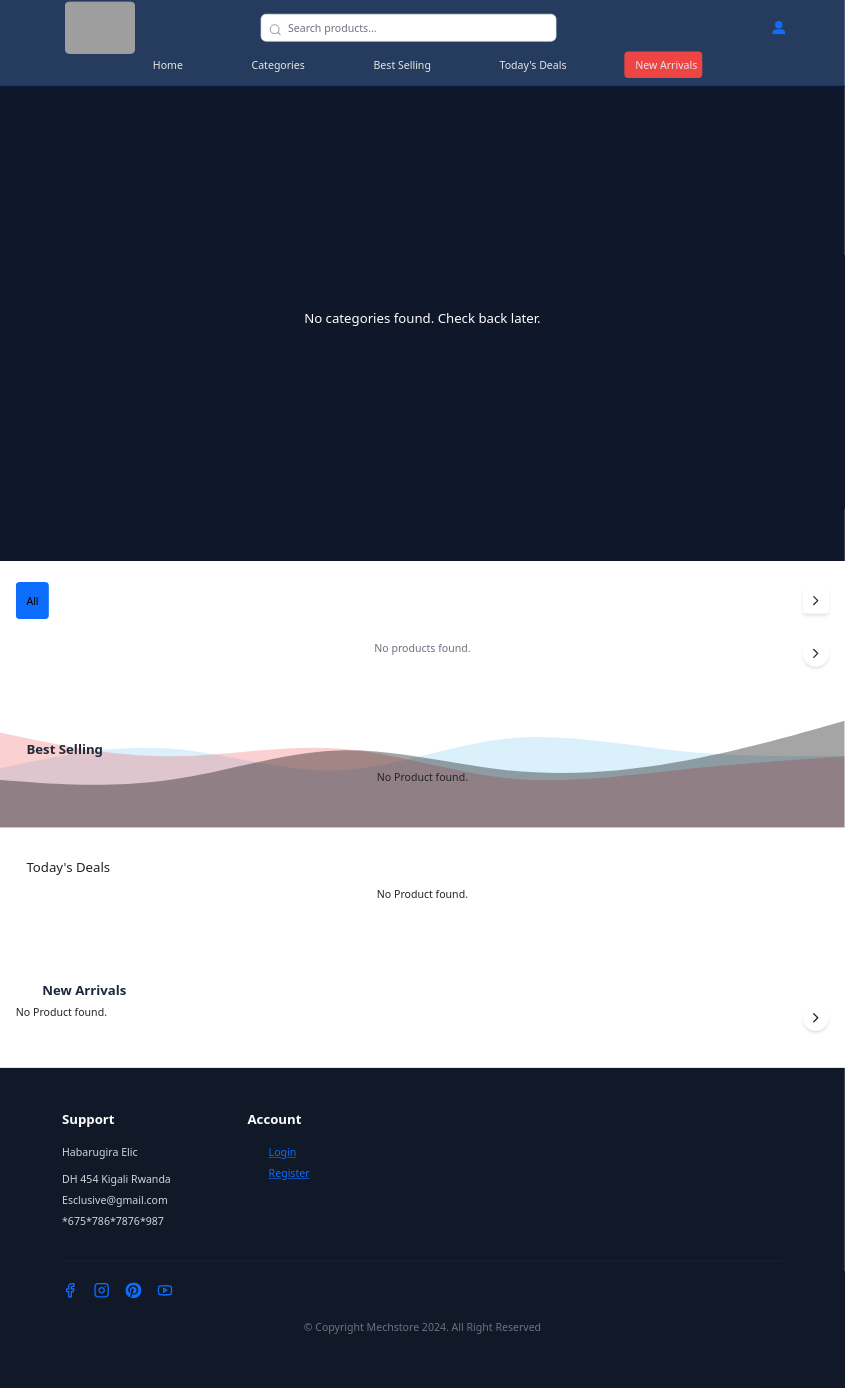
Repository: magicdeveloper250/future
Page: / (app in frontend/)
These files come from the project's save history. The page is drawn as it stood at one moment and after the next save; the edit follows.
The browser window is 1280 px wide. The pictures show the whole page, at 66% of full size.
Pictures or frames that could not be fetched are drawn as grey boxes. The page's requests for data from a server got no answer. The project was rebuilt for these pictures with package versions that can differ from the ones it lists, and the page was loaded fresh each time. No one was signed in, and anything a server would have sent is missing. Also part of the build but not shown: frontend/vite.config.js, frontend/src/hooks/useUser.js, frontend/src/components/Sidebar.jsx, frontend/src/components/Header.jsx, frontend/src/pages/DashboardPage.jsx, frontend/src/pages/ProductPage.jsx, frontend/src/components/ProductT.jsx, frontend/src/components/Card.jsx and 18 more.

Above is the page before, as saved 2025-03-26 16:21:05.

### frontend/src/index.css
@import url('https://fonts.googleapis.com/css2?family=Lexend:wght@100..900&display=swap');

@tailwind base;
@tailwind components;
@tailwind utilities;
@layer utilities {
    .no-scrollbar::-webkit-scrollbar {
      display: none;
    }
    .no-scrollbar {
      -ms-overflow-style: none;
      scrollbar-width: none;
    }
  }

.index-nav-container{
    display: flex;
    flex-direction: column;
}
.navbar-brand{
    width: 100px;
    height: 50px;
}
.main-container{
display: flex;
flex-direction: column;
margin-top: 130px;
}
.hero{
    display: flex;
    justify-content: space-between;
}
#categories{
    display: flex;
    justify-content: center;
    align-items: center;

}

.orders-container {
    width: 100%;
    display: grid;
    grid-template-columns: repeat(auto-fit, minmax(250px, 1fr));
    place-items: center;
    gap: 1em;
}
.arrivals-container {
    width: 100%;
    display:  flex;
    justify-content: center;
    flex-wrap: wrap;
    align-items: center;

    gap: 1em;
}

@media (max-width: 768px) {
    .main-container {
      display: flex;
      flex-direction: column;
      margin-top: 80px;
    }
  }

### frontend/src/pages/HomePage.jsx
import Sidebar from "../components/Sidebar"
import Card from "../components/Card"
import { BsBag, BsTruck, BsCart4 } from "react-icons/bs";
import FantasticHomeNavbar from "../components/FantasticHomeNavbar/FantasticHomeNavbar"
import Categories from "../components/Categories/Categories"
import NewArrivals from "../components/NewArrivals/NewArrivals"
import HeroCarousel from "../components/HeroCarousel/HeroCarousel";
import Footer from "../components/Footer";
import BestSelling from "../components/BestSelling";
import TodayDeals from "../components/TodayDeals";
function HomePage() {
  return  <>
          <section id="header">
              <FantasticHomeNavbar/>
          </section>

          <div className="main-container">
              <div id="hero" className="flex justify-between">

                   <HeroCarousel/>
              </div>
              <section id="categories">
              <Categories/>
              </section>

              <section id="best-selling">
                <BestSelling/>
              </section>

              <section id="today-deals">
                <TodayDeals/>
              </section>
              <section id="new-arrivals">
                <NewArrivals/>

              </section>
              <section id="footer">
                <Footer/>
              </section>
          </div>




  </>
}

export default HomePage

### frontend/src/contexts/ErrorContext.jsx
import { createContext, useState } from "react";
const ErrorContext = createContext(null);
export const ErrorContextProvider = ({ children }) => {
  const [error, setError] = useState();
  return (
    <ErrorContext.Provider value={{ error, setError }}>
      {children}
    </ErrorContext.Provider>
  );
};

export default ErrorContext;

### frontend/src/contexts/ToastContext.jsx
import { Children, createContext, useState } from "react";

const ToastContext = createContext(null);

export const ToastProvider = ({ children }) => {
  const [toastMessage, setToastMessage] = useState();
  return (
    <ToastContext.Provider value={{ toastMessage, setToastMessage }}>
      {children}
    </ToastContext.Provider>
  );
};

export default ToastContext;

### frontend/src/components/Toast.jsx
import { useEffect, useState } from "react";
import useToast from "../hooks/useToast";

const ToastContainer = ({ position = "bottom-end", className, children }) => {
  const positionClasses = {
    "top-start": "top-0 left-0",
    "top-center": "top-0 left-1/2 -translate-x-1/2",
    "top-end": "top-0 right-0",
    "middle-start": "top-1/2 left-0 -translate-y-1/2",
    "middle-center": "top-1/2 left-1/2 -translate-x-1/2 -translate-y-1/2",
    "middle-end": "top-1/2 right-0 -translate-y-1/2",
    "bottom-start": "bottom-0 left-0",
    "bottom-center": "bottom-0 left-1/2 -translate-x-1/2",
    "bottom-end": "bottom-0 right-0",
  };

  return (
    <div className={`fixed p-3 z-50 ${positionClasses[position]} ${className}`}>
      {children}
    </div>
  );
};

const Toast = ({ onClose, show, delay, autohide, bg, children }) => {
  const bgColors = {
    success: "bg-green-500 text-white",
    danger: "bg-red-500 text-white",
    warning: "bg-yellow-500 text-black",
    info: "bg-blue-500 text-white",
    primary: "bg-blue-600 text-white",
    secondary: "bg-gray-600 text-white",
    light: "bg-gray-100 text-black",
    dark: "bg-gray-800 text-white",
  };

  useEffect(() => {
    if (show && autohide) {
      const timer = setTimeout(() => {
        onClose();
      }, delay);
      return () => clearTimeout(timer);
    }
  }, [show, autohide, delay, onClose]);

  if (!show) return null;

  return (
    <div
      className={`
        rounded shadow-lg min-w-[200px] max-w-[350px]
        transition-opacity duration-300 ease-in-out
        ${bgColors[bg] || bgColors.light}
      `}
    >
      <div className="relative">
        <button
          onClick={onClose}
          className="absolute right-2 top-2 text-current opacity-70 hover:opacity-100"
        >
          ×
        </button>
        <div className="p-3">
          {children}
        </div>
      </div>
    </div>
  );
};

function MyToast() {
  const { toastMessage } = useToast();
  const [show, setShow] = useState(false);

  useEffect(() => {
    setShow(true);
  }, [toastMessage]);

  return (
    toastMessage && (
      <ToastContainer position="bottom-end" className="p-3">
        <Toast
          onClose={() => setShow(false)}
          show={show}
          delay={3000}
          autohide
          bg={toastMessage.variant.toLowerCase()}
        >
          <div>{toastMessage.message}</div>
        </Toast>
      </ToastContainer>
    )
  );
}

export default MyToast;

### frontend/src/contexts/userSessionContext.jsx
import { createContext, useState } from "react";

const userSessionContext = createContext({});
export const AuthProvider = ({ children }) => {
  const [auth, setAuth] = useState();
  return (
    <userSessionContext.Provider value={{ auth, setAuth }}>
      {children}
    </userSessionContext.Provider>
  );
};
export default userSessionContext;

### frontend/src/contexts/MessagesContext.jsx
import { createContext, useState } from "react";

const MessagesContext = createContext(null);

export const MessagesProvider = ({ children }) => {
  const [newMessage, setMessage] = useState([]);
  const setNewMessage = (message) => {
    setMessage((prev) => {
      const isDuplicate = prev.some(msg =>
        JSON.stringify(msg) === JSON.stringify(message)
      );
      return isDuplicate ? prev : [...prev, message];
    });
  };
  const clearMessages = () => {
    setMessage([]);
  };
  return (
    <MessagesContext.Provider value={{ newMessage, setNewMessage, clearMessages }}>
      {children}
    </MessagesContext.Provider>
  );
};

export default MessagesContext;

### frontend/src/components/MessageToast.jsx
import React, { useEffect, useState, useRef } from 'react';
import { X } from 'lucide-react';
import useMessages from '../hooks/useMessages';

const ToastContainer = ({ position = 'bottom-end', children }) => {
  const positionClasses = {
    'top-start': 'top-4 left-4',
    'top-center': 'top-4 left-1/2 -translate-x-1/2',
    'top-end': 'top-4 right-4',
    'middle-start': 'top-1/2 left-4 -translate-y-1/2',
    'middle-center': 'top-1/2 left-1/2 -translate-x-1/2 -translate-y-1/2',
    'middle-end': 'top-1/2 right-4 -translate-y-1/2',
    'bottom-start': 'bottom-4 left-4',
    'bottom-center': 'bottom-4 left-1/2 -translate-x-1/2',
    'bottom-end': 'bottom-4 right-4',
  };

  return (
    <div className={`fixed z-50 ${positionClasses[position]}`}>
      {children}
    </div>
  );
};

const Toast = ({ onClose, show, delay = 3000, autohide = true, variant = 'info', title, children, sound = '/notification.mp3' }) => {
  const audioRef = useRef(null);
  const variants = {
    success: 'bg-green-500 text-white',
    danger: 'bg-red-500 text-white',
    warning: 'bg-yellow-500 text-black',
    info: 'bg-blue-500 text-white',
    primary: 'bg-blue-600 text-white',
    secondary: 'bg-gray-600 text-white',
    light: 'bg-gray-100 text-black',
    dark: 'bg-gray-800 text-white',
  };

  useEffect(() => {
    if (show) {
      audioRef.current?.play().catch(err => console.log('Audio playback failed:', err));

      if (autohide) {
        const timer = setTimeout(() => {
          onClose();
        }, delay);
        return () => clearTimeout(timer);
      }
    }
  }, [show, autohide, delay, onClose]);

  if (!show) return null;

  return (
    <>
      <audio ref={audioRef} src={sound} />
      <div className={`
        transform transition-all duration-300 ease-in-out
        ${show ? 'translate-y-0 opacity-100' : 'translate-y-2 opacity-0'}
        min-w-[320px] max-w-md rounded-lg shadow-lg
        ${variants[variant]}
      `}>
        <div className="relative flex flex-col">
          {title && (
            <div className="px-4 py-2 border-b border-white/20 font-semibold">
              {title}
            </div>
          )}
          <div className="flex items-center p-4">
            <div className="flex-1 mr-4">
              {children}
            </div>
            <button
              onClick={onClose}
              className="p-1 rounded-full hover:bg-black/10 transition-colors duration-200"
              aria-label="Close notification"
            >
              <X className="w-4 h-4" />
            </button>
          </div>
        </div>
      </div>
    </>
  );
};

const MessageToast = () => {
  const { newMessage } = useMessages();
  const [show, setShow] = useState(false);

  useEffect(() => {
    if (newMessage.at(-1)?.message) {
      setShow(true);
    }
  }, [newMessage]);

  return (
    newMessage && (
      <ToastContainer position="bottom-end">
        <Toast
          show={show}
          onClose={() => setShow(false)}
          delay={3000}
          variant="info"
          title="New Message"
          sound="/notification.mp3"
        >
          <div className="font-medium">
            {newMessage.at(-1)?.message}
          </div>
        </Toast>
      </ToastContainer>
    )
  );
};

export default MessageToast;

### frontend/src/Layouts/SearchLayout.jsx
import { useEffect } from "react";
import { Outlet } from "react-router";
import useToast from "../hooks/useToast";
import axios from "../API/axios";
import useSearch from "../hooks/useSearch";

function SearchLayout() {
    const { setProducts } = useSearch();
    const { setToastMessage } = useToast();

    const getProducts = async () => {
        try {
            const resp = await axios.get("/api/product/viewAll-product");
            setProducts(resp.data);
        } catch (error) {
            setToastMessage({
                variant: "danger",
                message: "Failed to fetch data"
            });
        }
    };

    useEffect(() => {
        getProducts();
        const intervalId = setInterval(getProducts, 300000);
        return () => {
            clearInterval(intervalId);
        };
    }, []);

    return <Outlet />;
}

export default SearchLayout;

### frontend/src/contexts/SearchContext.jsx
import { createContext, useState } from "react";

const SearchContext = createContext(null);

export const SearchProvider = ({ children }) => {
  const [products, setProducts] = useState([]);
  return (
    <SearchContext.Provider value={{ products, setProducts }}>
      {children}
    </SearchContext.Provider>
  );
};

export default SearchContext;

### frontend/src/components/Footer.jsx
import React from 'react';
import { Facebook, Instagram, Youtube } from 'lucide-react';
import { Link } from 'react-router';

const PinterestIcon = () => (
  <svg
    viewBox="0 0 24 24"
    className="w-6 h-6"
    fill="currentColor"
  >
    <path d="M12 0a12 12 0 0 0-4.37 23.17c-.1-.937-.2-2.38.042-3.4.217-.937 1.407-5.965 1.407-5.965s-.358-.72-.358-1.78c0-1.67.967-2.915 2.17-2.915 1.024 0 1.518.77 1.518 1.688 0 1.03-.653 2.567-.994 3.995-.285 1.194.6 2.17 1.777 2.17 2.13 0 3.77-2.25 3.77-5.5 0-2.873-2.064-4.882-5.014-4.882-3.414 0-5.418 2.562-5.418 5.207 0 1.03.397 2.138.897 2.738.098.118.112.22.083.338-.092.386-.302 1.23-.343 1.402-.054.223-.18.27-.414.162-1.543-.722-2.507-2.98-2.507-4.798 0-3.788 2.744-7.273 7.905-7.273 4.15 0 7.365 2.953 7.365 6.903 0 4.117-2.595 7.43-6.205 7.43-1.21 0-2.35-.63-2.738-1.373 0 0-.598 2.282-.744 2.84-.27 1.03-1 2.32-1.484 3.105A12 12 0 1 0 12 0z"/>
  </svg>
);

const Footer = () => {
  return (
    <footer className="bg-gray-900 text-gray-300 py-16">
      <div className="container mx-auto px-4">
        <div className="grid grid-cols-1 md:grid-cols-4 gap-8">
          <div>
            <h2 className="text-white text-xl font-semibold mb-4">Support</h2>
            <div className="space-y-2">
              <p>Habarugira Elic</p>
              <p>DH 454 Kigali Rwanda</p>
              <p>Esclusive@gmail.com</p>
              <p>*675*786*7876*987</p>
            </div>
          </div>

          <div>
            <h2 className="text-white text-xl font-semibold mb-4">Account</h2>
            <ul className="space-y-2">
              <li><Link to="login" className="hover:text-white">Login</Link></li>
              <li><Link to="register" className="hover:text-white">Register</Link></li>
            </ul>
          </div>


        </div>

        <div className="mt-12 pt-8 border-t border-gray-800">
          <div className="flex gap-6">
            <a href="#" className="hover:text-white">
              <Facebook className="w-6 h-6" />
            </a>
            <a href="#" className="hover:text-white">
              <Instagram className="w-6 h-6" />
            </a>
            <a href="#" className="hover:text-white">
              <PinterestIcon />
            </a>
            <a href="#" className="hover:text-white">
              <Youtube className="w-6 h-6" />
            </a>
          </div>
        </div>

        <div className="mt-8 text-center text-gray-500">
          <p>© Copyright Mechstore 2024. All Right Reserved</p>
        </div>
      </div>
    </footer>
  );
};

export default Footer;

### frontend/src/components/TodayDeals.jsx
import { useEffect, useState } from "react";
import ProductCard from "./ProductCard";
import axios from "../API/axios";
function TodayDeals() {
 const[products, setProducts]= useState([])
   const getProducts= async()=>{
     try {
         const resp= await axios.get("/api/product/today-deals")
         setProducts(resp.data)

     } catch (error) {

     }
   }
   useEffect(()=>{
    getProducts()
   },[])
  return <div className="w-full flex flex-col my-4 justify-center">

    <div className="w-full flex   gap-2 flex-col my-4">
                <h5 className="ml-10">Today's Deals</h5>
                <div
            className="arrivals-container"
            >
            {products.length>0?products?.map((product, index) => (
                <ProductCard
                product={product}
                key={product.name}
                />
            )):<p className="netflix-no-content">No Product found.</p>}
            </div>
  </div>
  </div>

}

export default TodayDeals;

### frontend/src/components/FantasticHomeNavbar/FantasticHomeNavbar.css
.toolbar-container{
  display:flex;
  justify-content: space-between;
  gap: 2rem;
  margin-bottom: 1rem;
}

.search-box *, .search-box{
  background-color: #111C2F;

}
.search-box{
  border: 1px solid white;
  border-radius: 20px;
}
.search-box input:focus{
    background-color: white;
    color: black;
    padding: 10px;
    border-radius: 10px;


}
.fantstic-nav-container {
    position: relative;
    display: flex;
    flex-direction: column;

  }
  .navbar-container{
    display: flex;
    flex-direction: column;
  }
  .fantstic-nav-container .links-container {
    display: flex;
    justify-content: space-evenly;
    align-items: center;
    gap: 1rem;
    list-style: none;
    padding: 0;
    margin: 0;
  }
  .menu-text{
    background:linear-gradient(45deg, var(--primary-site-color), rgba(0, 0, 0, 0.599));

  }

  .link-item {
    padding: 0 1em;
  }
  .login-text{
    display: none;
  }
  .link-item a {
    text-decoration: none;
    font-size: var(--font-size-md);
    color: rgb(231, 230, 230);
  }

  .link-item a.active {

    color:  white;
    background-color: #101223;
    padding: 15px;
    border-top-left-radius: 15px;
    border-top-right-radius: 15px;

  }

  .menu-close{
    display: none;
  }
  .link-item.btn{
    background-color: rgb(231, 230, 230);
    border: none;
    padding-inline: 20px;
    padding-block: 8px;
    color: black;
    font-size: var(--font-size-sm);
    border-radius: 50px;
  }
  .link-item.btn:hover{
    opacity: 0.7;
  }



  .mobile-menu-btn{
    display: none !important;
    width: fit-content;
    margin-inline: 1em;
  }

  .navbar-container {
    display: flex;
    align-items: center;
    justify-content: space-between;
    background-color: transparent;
    position: fixed;
    top: 0;
    width: 100%;
    z-index: 10000;
    padding: 10px 1px;
    background-color:rgba(3, 30, 70, 0.862);

  }



  .navbar-container.scrolled{
    background-color: #111C2F;

  }


  .mobile-drawer{
    background-color:rgba(3, 30, 70, 0.862) ;
    height: 100%;
  }
  @media (max-width: 768px) {


    .navbar-container .nav-header{
      font-size: 0.9em;
     }
     .navbar-brand{
      width: 70%;
     }

    .mobile-menu-btn{
      display: block !important;
      color: rgba(255, 255, 255, 0.84);
    }


    .fantstic-nav-container .links-container{
      display: none;


    }
    .search-controls{
      display: flex;
      flex-direction: column;
      justify-content: start;
      align-items: center;
    }
    .toolbar-container{
      display: flex;
      width: 100vw;
      padding-inline: 0px;
      justify-content: start;
      align-items: center;
      gap: 10px;
    }





  }

### frontend/src/components/CategoriesScroller/CategoriesScroller.jsx
import { useEffect,useRef, useState } from "react";
import { ChevronLeft, ChevronRight } from "lucide-react";

const CARD_WIDTH = 200;

const CategoriesScroller = ({categories=[], onSelectCategory}) => {

  const [selectedFilter, setSelectedFilter] = useState("All");
  const containerRef = useRef();

  const [scrollPosition, setScrollPosition] = useState(0);
  const [hideRight, setHideRight] = useState(false);




  const scroll = (direction) => {
    if (containerRef.current) {
      const scrollAmount = direction === 'left' ? -CARD_WIDTH : CARD_WIDTH;
      containerRef.current.scrollBy({ left: scrollAmount, behavior: 'smooth' });
    }
  };



  useEffect(() => {
    const container = containerRef.current;
    const updateScroll = () => {
      const maxScrollLeft = container.scrollWidth - container.clientWidth;
      setScrollPosition(container.scrollLeft);
      setHideRight(container.scrollLeft >= maxScrollLeft - 1);
    };

    container.addEventListener("scroll", updateScroll);
    return () => container.removeEventListener("scroll", updateScroll);
  }, []);
useEffect(()=>{
    onSelectCategory(selectedFilter)
},[selectedFilter])
  return (
    <div className="w-full">

        <div className="relative">
        <button
          onClick={() => scroll('left')}
          className={`absolute left-0 top-1/2 -translate-y-1/2 z-10 p-2 rounded bg-white shadow-md hover:bg-gray-100 transition-opacity ${
            scrollPosition > 0 ? "opacity-100" : "opacity-0"
          }`}
          disabled={scrollPosition <= 0}
        >
          <ChevronLeft className="w-6 h-6" />
        </button>

        <div
          ref={containerRef}
          className="flex gap-1 overflow-x-auto scroll-smooth no-scrollbar"
          style={{
            scrollSnapType: "x mandatory",
            scrollBehavior: "smooth",
            WebkitOverflowScrolling: "touch",
          }}
        >
          {categories.length > 0 ? (
             categories.map((type) => (
              <button
                key={type}
                onClick={() => setSelectedFilter(type)}
                className={`p-3 rounded-md transition-colors flex-none ${
                  selectedFilter === type
                    ? "bg-primary text-black"
                    : "bg-gray-100 hover:bg-gray-200 text-gray-800 "
                }`}
              >
                {type}
              </button>
            ))
          ) : (
            <p className="text-gray-500 text-center w-full py-8">
              No categories found.
            </p>
          )}
        </div>

        <button
          onClick={() => scroll('right')}
          className={`absolute right-0 top-1/2 -translate-y-1/2 z-10 p-2 rounded bg-white shadow-md hover:bg-gray-100 transition-opacity ${
            !hideRight ? "opacity-100" : "opacity-0"
          }`}
          disabled={hideRight}
        >
          <ChevronRight className="w-6 h-6" />
        </button>
      </div>

        </div>

  );
};

export default CategoriesScroller;

Loaded but not shown: frontend/index.html (common file); frontend/src/main.jsx (common file); frontend/src/hooks/useUserAxios.js (43 lines, source omitted); frontend/src/hooks/useRefreshToken.js (24 lines, source omitted); frontend/tailwind.config.js (18 lines, source omitted); frontend/src/API/axios.js (12 lines, source omitted); frontend/src/hooks/useAuth.js (7 lines, source omitted); frontend/src/hooks/useMessages.js (8 lines, source omitted); frontend/src/hooks/useSearch.js (8 lines, source omitted); frontend/src/hooks/useToast.js (8 lines, source omitted); frontend/src/components/HeroCarousel/HeroCarousel.jsx (254 lines, source omitted); frontend/src/components/FantasticHomeNavbar/FantasticHomeNavbar.jsx (181 lines, source omitted); frontend/src/components/SearchBar.jsx (162 lines, source omitted); frontend/src/components/Categories/Categories.jsx (136 lines, source omitted); frontend/src/App.jsx (83 lines, source omitted); frontend/src/components/NewArrivals/NewArrivals.jsx (106 lines, source omitted); frontend/src/components/BestSelling.jsx (91 lines, source omitted)

After the next save:
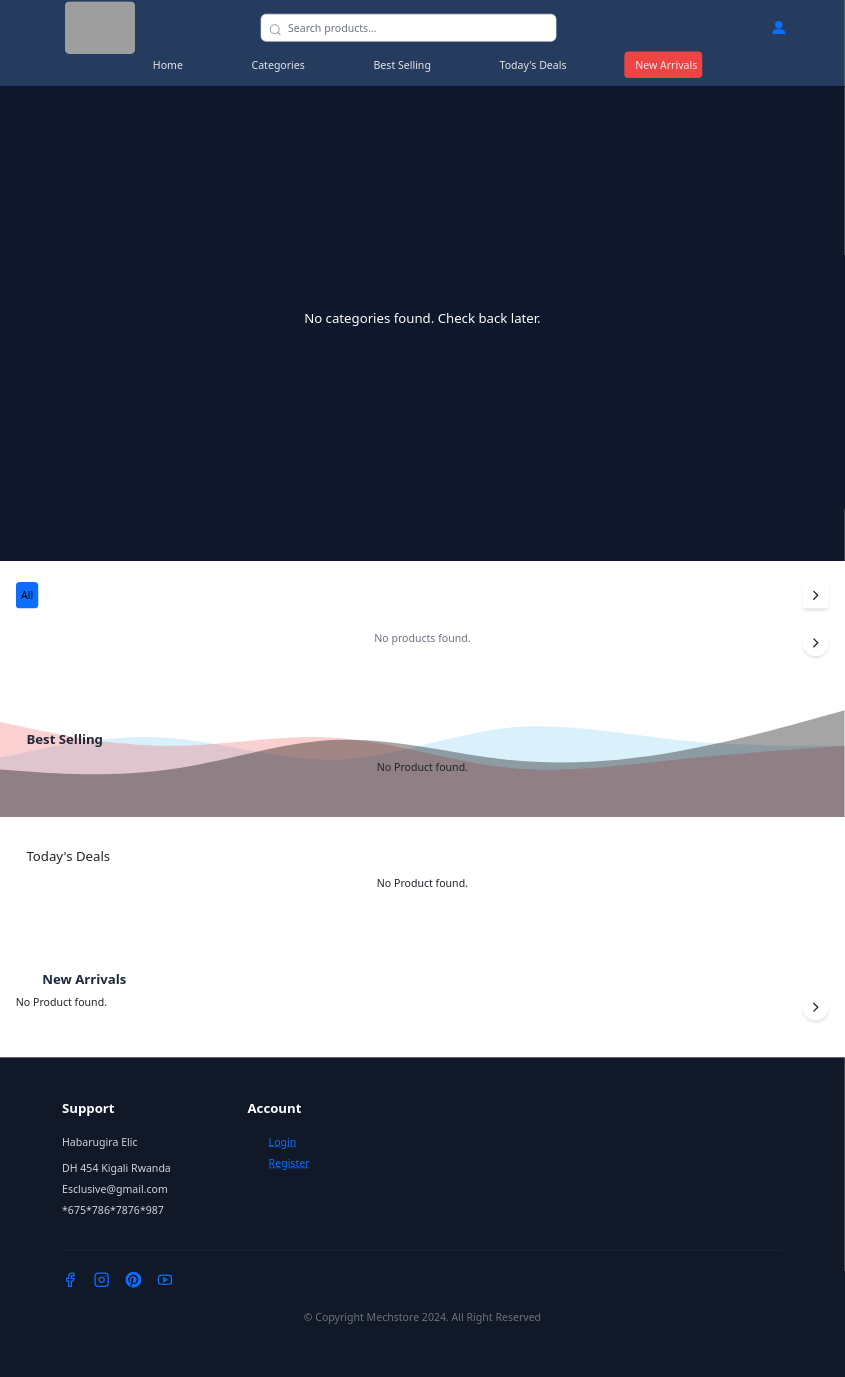
Saved 10 s later.
--- a/frontend/src/components/CategoriesScroller/CategoriesScroller.jsx
+++ b/frontend/src/components/CategoriesScroller/CategoriesScroller.jsx
@@ -65,7 +65,7 @@ useEffect(()=>{
               <button
                 key={type}
                 onClick={() => setSelectedFilter(type)}
-                className={`p-3 rounded-md transition-colors flex-none ${
+                className={`p-2 rounded-md transition-colors flex-none ${
                   selectedFilter === type
                     ? "bg-primary text-black"
                     : "bg-gray-100 hover:bg-gray-200 text-gray-800 "
